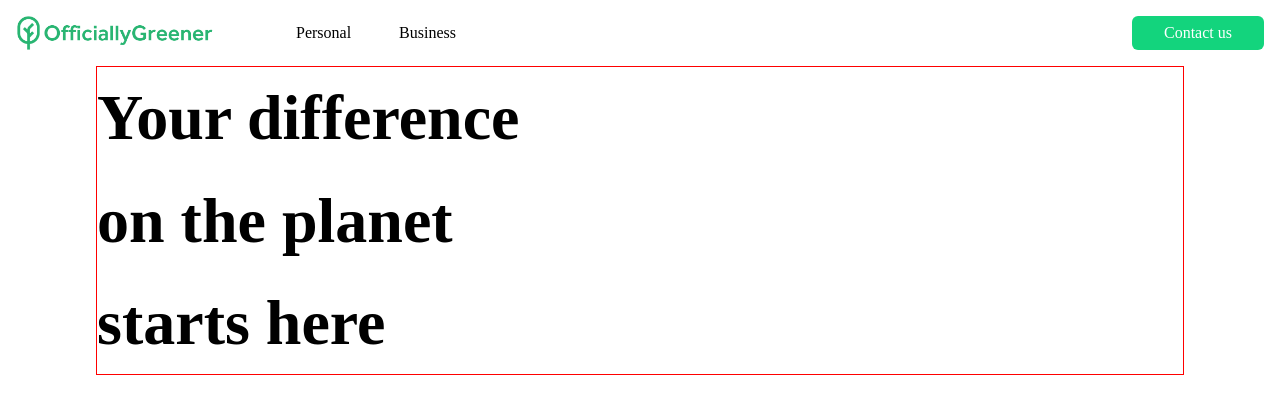
Repository: Sinkycode/Officially-Greener
Page: index.html
An editor plug-in stored every save of this project. The page is shown before and after the next save, followed by the edit.
The browser window is 1280 px wide. The pictures show the whole page.

Above is the page before, as saved 2023-03-07 21:03:53.

### index.html
<!DOCTYPE html>
<html lang="en">
<head>
  <meta charset="UTF-8">
  <meta http-equiv="X-UA-Compatible" content="IE=edge">
  <meta name="viewport" content="width=device-width, initial-scale=1.0">
  <link rel="stylesheet" href="style.css">
  <title>Officially Greener</title>
</head>
<body>
  <div id="landing-page">
    <header>
      <img src="logo/Officially Greener Transparent background.png" alt="officially mobile logo" id="logo" width="200px">
      <ul class="nav-list">
        <li><a href="http://">Personal</a></li>
        <li><a href="http://">Business</a></li>
      </ul>
     <button class="btn">Contact us</button>
    </header>
    <div class="container">
      <div class="context">
        <h1 class="landing-page__big-txt">Your difference on the planet starts here</h1>
      </div>
    </div>
  </div>
</body>
</html>

### style.css
:root {

}

*, *::after, *::before {
  box-sizing: border-box;
  margin: 0;
  padding: 0;
}

html, body {
  font-family: 'effra';
  scroll-behavior: smooth;
  overflow-x: hidden;
}

body {
  line-height: 1.6;
  font-size: 16px;
}

/* CUSTOMIZATION */
img {
  max-width: 100%;
  display: block;
}

button, input {
  outline: none;
  border: none;
  /* background: transparent; */
  font-family: inherit;
  font-size: inherit;
  color: inherit;
}

ul, p {
  margin: 0;
  list-style: none;

}

a {
  text-decoration: none;
  color: inherit;
}

h1,h2,h3 {
  margin: 0;
}

.container {
  max-width: 85%;
  margin: 0 auto;
}

header {
  display: flex;
  align-items: center;
  gap: 5rem;
  padding: 1rem;
  /* border: 1px solid red; */
}

.nav-list {
  display: flex;
  gap: 3rem;
}

header > *:last-child {
  margin-left: auto;
}

.btn {
  background-color: rgb(19, 212, 125);
  color: white;
  padding: .5rem 2rem;
  border-radius: 6px;
}

#landing-page .container {
  border: 1px solid red;
}

.landing-page__big-txt {
  font-size: clamp(2rem, 1rem + 10vw, 4rem);
  width: 40%;
}

After the next save:
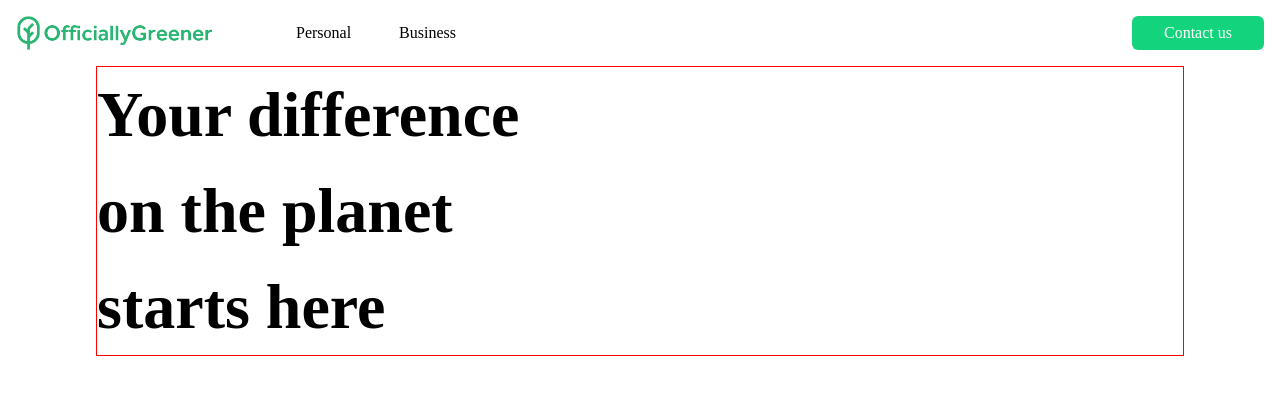
Saved 18 s later.
--- a/style.css
+++ b/style.css
@@ -15,7 +15,7 @@
 }
 
 body {
-  line-height: 1.6;
+  line-height: 1.5;
   font-size: 16px;
 }
 
